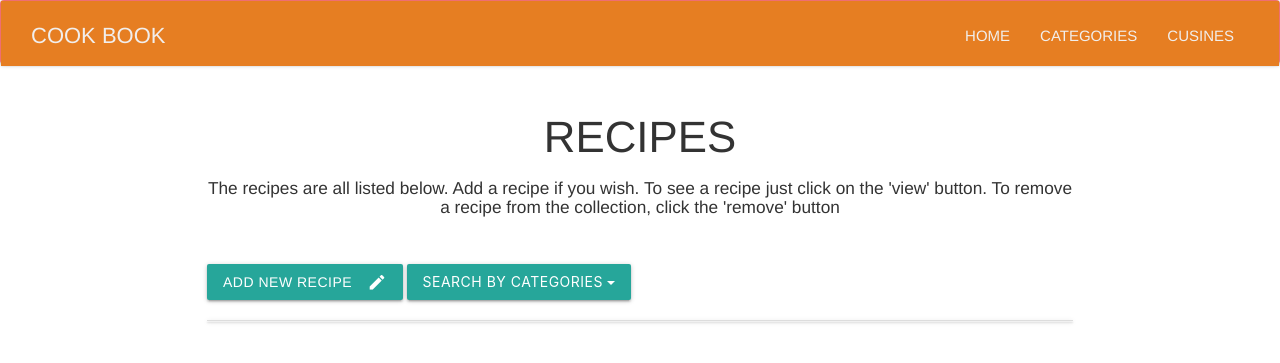
Repository: atena123/COOK-BOOK
Page: http://localhost/
The author's editor kept a record of every edit. The page is drawn from the files as they stood at one moment, then again after the next edit.
The browser window is 1280 px wide. The pictures show the whole page.
Some web libraries are served in a nearby version. The page is served by the project's application, run on Flask 3 (app.py). Queries for data that is not in the repository find no rows.

Above is the page before.

### templates/recipes.html
{% extends 'base.html' %}

    {% block content %}

    <h3>RECIPES</h3>

    <h6>The recipes are all listed below. Add a recipe if you wish. To see a recipe just click on the 'view' button. To remove
    a recipe from the collection, click the 'remove' button</h6>

    <!--Add New Recipe Button-->
    <div class="row">
      <a href="{{url_for('add_recipe')}}" class="waves-effect waves-light btn"><i class="material-icons right add-new-recipe-button">edit</i>ADD NEW RECIPE</a>
    <!--/.Add New Recipe Button-->

    <!--Search By Category Button-->
        <div class="btn-group">
          <button type="button" class="btn btn-default dropdown-toggle" data-toggle="dropdown" aria-haspopup="true" aria-expanded="false">
          Search By Categories <span class="caret"></span>
          </button>
          <ul class="dropdown-menu">
            {% for category in categories %}
            <li><a href="">{{category.category_name}}</a></li>
            {% endfor %}
          </ul>
        </div>
    </div>
    <!--/.Search By Category Button-->

    <!--List Of Recipes-->
    <ul class="collapsible" data-collapsible="accordion">
      {% for recipe in recipes %}
      <li>
        <div class="collapsible-header">
          <div class="col-md-12">
          <strong>{{recipe.recipe_name}}</strong> - {{recipe.category_name}}
        </div>

        <!--View Button-->
          <div class="col-md-12 col-xs-12 small-buttons">
          <a href="{{url_for('view_recipe', recipe_id=recipe._id)}}" class="waves-effect waves-light btn button view-button">VIEW</a>
          </div>
        <!--/.View Button-->
      </li>
      {% endfor %}
    </ul>
    <!--/.List Of Recipes-->

    {% endblock %}

### templates/base.html
<!DOCTYPE html>
<html>
    <head>
        <meta charset="utf-8">
        <meta http-equiv="X-UA-Compatible" content="IE=edge">
        <meta name="viewport" content="width=device-width, initial-scale=1">
        <link rel="stylesheet" href="https://maxcdn.bootstrapcdn.com/bootstrap/3.3.7/css/bootstrap.min.css" type="text/css" />
        <link href="https://fonts.googleapis.com/icon?family=Material+Icons" rel="stylesheet">
        <link rel="stylesheet" href="https://cdnjs.cloudflare.com/ajax/libs/materialize/1.0.0/css/materialize.min.css">
        <link rel="stylesheet" href="{{url_for('static', filename='css/style.css')}}" type="text/css" />
        <title>COOK BOOK</title>
    </head>
    <body>
        <!--Navbar-->
        <nav class="navbar">
            <div class="container-fluid navbar-container navbar-default bg-color-navbar">
                <div class="row">
                    <div class="col-xs-12">
                        <div class="navbar-header">
                            <button type="button" class="navbar-toggle collapsed" data-toggle="collapse" data-target="#bs-example-navbar-collapse-1" aria-expanded="false">
                                <span class="sr-only">Toggle navigation</span>
                                <span class="icon-bar"></span>
                                <span class="icon-bar"></span>
                                <span class="icon-bar"></span>
                            </button>
                            <a class="navbar-brand" href="{{url_for('find_recipes')}}">COOK BOOK</a>
                        </div>
                        <div class="collapse navbar-collapse" id="bs-example-navbar-collapse-1">
                            <ul class="nav navbar-nav navbar-right">
                                <li><a href="{{url_for('find_recipes')}}">HOME</a></li>
                                <li><a href="{{url_for('find_categories')}}">CATEGORIES</a></li>
                                <li><a href="{{url_for('find_cusines')}}">CUSINES</a></li>
                            </ul>
                        </div>
                    </div>
                </div>
            </div>
        </nav>
        <!--/.Navbar-->
        <div class="container">
        {% block content %}

        {% endblock %}
        </div>
        <script src="https://code.jquery.com/jquery-3.3.1.min.js" integrity="sha256-FgpCb/KJQlLNfOu91ta32o/NMZxltwRo8QtmkMRdAu8=" crossorigin="anonymous"></script>
        <script src="https://maxcdn.bootstrapcdn.com/bootstrap/3.3.7/js/bootstrap.min.js" integrity="sha384-Tc5IQib027qvyjSMfHjOMaLkfuWVxZxUPnCJA7l2mCWNIpG9mGCD8wGNIcPD7Txa" crossorigin="anonymous"></script>
        <script src="https://cdnjs.cloudflare.com/ajax/libs/jquery/3.2.1/jquery.min.js"></script>
        <script src="https://cdnjs.cloudflare.com/ajax/libs/materialize/1.0.0/js/materialize.min.js"></script>
        <script type="text/javascript">
        $(document).ready(function(){
        $('.collapsible').collapsible();
        $('select').formSelect();
        });
        </script>

    </body>
</html>

### app.py
import os
from flask import Flask, render_template, redirect, request, url_for, session
from flask_pymongo import PyMongo
from bson.objectid import ObjectId

app = Flask(__name__)
app.secret_key = "cookbook321"

app.config["MONGO_DBNAME"] ='cook_book'
app.config["MONGO_URI"] = 'mongodb+srv://AnetA:AnetA2@myfirstcluster-sfmlq.mongodb.net/cook_book?retryWrites=true&w=majority'

mongo = PyMongo(app)





#-------------RECIPES-------------

@app.route('/')
@app.route('/find_recipes')
def find_recipes():
        """Find Recipe Page"""
        return render_template("recipes.html", recipes=mongo.db.recipes.find(), categories=mongo.db.categories.find())


@app.route('/add_recipe')
def add_recipe():
        """Add Recipe Page"""
        all_categories = mongo.db.categories.find()
        all_cusines = mongo.db.cusines.find()
        return render_template('add_recipe.html', categories=all_categories, cusines=all_cusines)


@app.route('/insert_recipe', methods=['POST'])
def insert_recipe():
        """Enable To Add Recipe And Redirect To Recipe Page"""
        recipes=mongo.db.recipes
        recipes.insert_one(request.form.to_dict())
        return redirect(url_for('find_recipes'))


@app.route('/view_recipe/<recipe_id>')
def view_recipe(recipe_id):
        """Enable To View Particular Recipe"""
        my_recipe =  mongo.db.recipes.find_one({"_id": ObjectId(recipe_id)})
        return render_template('view_recipe.html', recipe=my_recipe)


@app.route('/edit_recipe/<recipe_id>')
def edit_recipe(recipe_id):
        """Enable To Edit Particular Recipe"""
        this_recipe = mongo.db.recipes.find_one({"_id": ObjectId(recipe_id)})
        all_categories = mongo.db.categories.find()
        all_cusines = mongo.db.cusines.find()
        return render_template('edit_recipe.html', recipe=this_recipe,
                            categories=all_categories, cusines=all_cusines)


@app.route('/update_recipe/<recipe_id>', methods= ['POST'])
def update_recipe(recipe_id):
        """Enable To Update Recipe And Redirect To Recipe Page"""
        recipes=mongo.db.recipes
        recipes.update({"_id": ObjectId(recipe_id)},

        {
        'category_name': request.form.get('category_name'),
        'recipe_name': request.form.get('recipe_name'),
        'recipe_ingredients': request.form.get('recipe_ingredients'),
        'recipe_method': request.form.get('recipe_method'),
        'recipe_description': request.form.get('recipe_description'),
        'preparation_time': request.form.get('preparation_time'),
        'recipe_servings': request.form.get('recipe_servings'),
        'cusine_name': request.form.get('cusine_name'),
        'cooking_time': request.form.get('cooking_time')
        })

        return redirect(url_for('find_recipes'))


@app.route('/delete_recipe/<recipe_id>')
def delete_recipe(recipe_id):
        """Enable To Delete Particular Recipe"""
        mongo.db.recipes.remove({'_id': ObjectId(recipe_id)})
        return redirect(url_for('find_recipes'))










#-------CATEGORIES--------

@app.route('/find_categories')
def find_categories():
        """Find Categories Page"""
        return render_template('categories.html', categories=mongo.db.categories.find())


@app.route('/new_category')
def new_category():
        """Add Category Page"""
        return render_template('add_category.html')


@app.route('/add_category', methods=['POST'])
def add_category():
        """Enable To Add Category And Redirect To Categories Page"""
        my_category = {'category_name': request.form.get('category_name')}
        mongo.db.categories.insert_one(my_category)
        return redirect(url_for('find_categories'))


@app.route('/edit_category/<category_id>')
def edit_category(category_id):
        """Edit Category Page"""
        return render_template('edit_category.html', category=mongo.db.categories.find_one({'_id': ObjectId(category_id)}))


@app.route('/update_category/<category_id>', methods=['POST'])
def update_category(category_id):
        """Enable To Update Category And Redirect To Cateories Page"""
        mongo.db.categories.update({'_id': ObjectId(category_id)}, {'category_name': request.form.get('category_name')})
        return redirect(url_for('find_categories'))


@app.route('/delete_category/<category_id>')
def delete_category(category_id):
        """Enable To Delete Category"""
        mongo.db.categories.remove({'_id': ObjectId(category_id)})
        return redirect(url_for('find_categories'))








#-------Cusines---------

@app.route('/find_cusines')
def find_cusines():
        """Cusines Page"""
        return render_template('cusines.html', cusines=mongo.db.cusines.find())


@app.route('/edit_cusine/<cusine_id>')
def edit_cusine(cusine_id):
        """Enable Edit Cusine Page"""
        return render_template('edit_cusine.html', cusine=mongo.db.cusines.find_one({'_id': ObjectId(cusine_id)}))


@app.route('/add_cusine')
def add_cusine():
        """Add Cusine Page"""
        return render_template('add_cusine.html')


@app.route('/new_cusine', methods=['POST'])
def new_cusine():
        """Enable To Add New Cusine And Redirect To Cusines Page"""
        my_cusine = {'cusine_name': request.form.get('cusine_name')}
        mongo.db.cusines.insert_one(my_cusine)
        return redirect(url_for('find_cusines'))


@app.route('/update_cusine/<cusine_id>', methods=['POST'])
def update_cusine(cusine_id):
        """Enable To Update Cusine And Redirect To Cusines Page"""
        mongo.db.cusines.update({'_id': ObjectId(cusine_id)}, {'cusine_name': request.form.get('cusine_name')})
        return redirect(url_for('find_cusines'))


@app.route('/delete_cusine/<cusine_id>')
def delete_cusine(cusine_id):
        """Enable To Delete Cusine And Redirect To Cusines Page"""
        mongo.db.cusines.remove({'_id': ObjectId(cusine_id)})
        return redirect(url_for('find_cusines'))



if __name__ == '__main__':
        app.run(host=os.environ.get('IP'),
        port=int(os.environ.get('PORT')),
        debug=True)

### static/css/style.css
* {
    margin: 0;
    padding: 0;
}


h3, h6 {
    text-align: center;
}

h6 {
    padding-bottom: 40px;
}

h1 {
    text-align: center;
    margin-top: 200px;
}

.login-form {
    text-align: center;
    padding-top: 20px;
}

/*------------------------View Page-----------------------*/

.heading {
    text-align: center;
}

.large-heading {
    font-size: 20px;
    padding-top: 20px;
}

.small-headings {
    padding-top: 40px;
}

.small-headings p {
    color: #E67E22;
    font-weight: bold;
}

/*-------------------------Small Buttons--------------------*/

.button {
    height: 24px;
    width: 80px;
    line-height: 24px;
    margin: 6px 6px;
    padding: 0 0.5em;

}

.small-buttons {
    text-align: right;
}

.view-button, .edit-button {
    background-color: #5DADE2;
}

.view-button:hover, .edit-button:hover {
    background-color: #2E86C1;
    color: white;
}

.remove-button {
    background-color: #EC7063;
}

.remove-button:hover {
    background-color: #CB4335;
    color: white;
}




/*-------------------------Big Buttons---------------*/


.add_recipe_button,
.update_recipe_button {
    text-align: center;
}

.edit_recipe_button {
    text-align: center;
    padding-top: 35px;
}



/*-------------------------Navbar-------------------------*/

.bg-color-navbar {
    background-color: #E67E22;
    height: 65px;
}

.navbar-default .navbar-brand {
    color: #F1EEEC;
    padding-top: 25px;
    font-size: 22px;
    transition: color 0.7s ease-in-out;
    -o-transition: color 0.7s ease-in-out;
    -moz-transition: color 0.7s ease-in-out;
    -webkit-transition: color 0.7s ease-in-out;
}


.navbar-default .navbar-brand:hover {
    color: #3B3B3A;
}


.navbar-default .navbar-nav>li>a {
    color: #F1EEEC;
    padding-top: 25px;
    transition: color 0.5s ease-in-out;
    -o-transition: color 0.5s ease-in-out;
    -moz-transition: color 0.5s ease-in-out;
    -webkit-transition: color 0.5s ease-in-out;

 }


.navbar-default .navbar-nav>li>a:hover {
    color: #3B3B3A;
}

After the next edit:
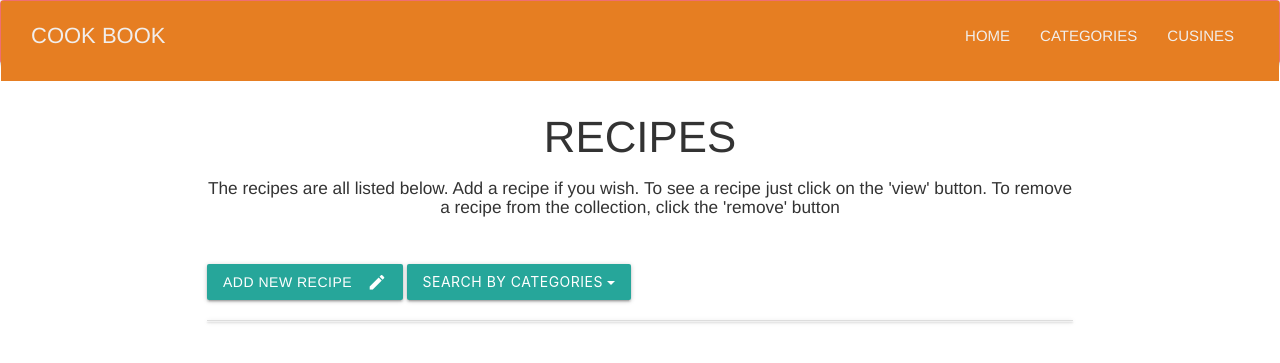
The edit:
--- a/static/css/style.css
+++ b/static/css/style.css
@@ -97,7 +97,6 @@
 
 .bg-color-navbar {
     background-color: #E67E22;
-    height: 65px;
 }
 
 .navbar-default .navbar-brand {
